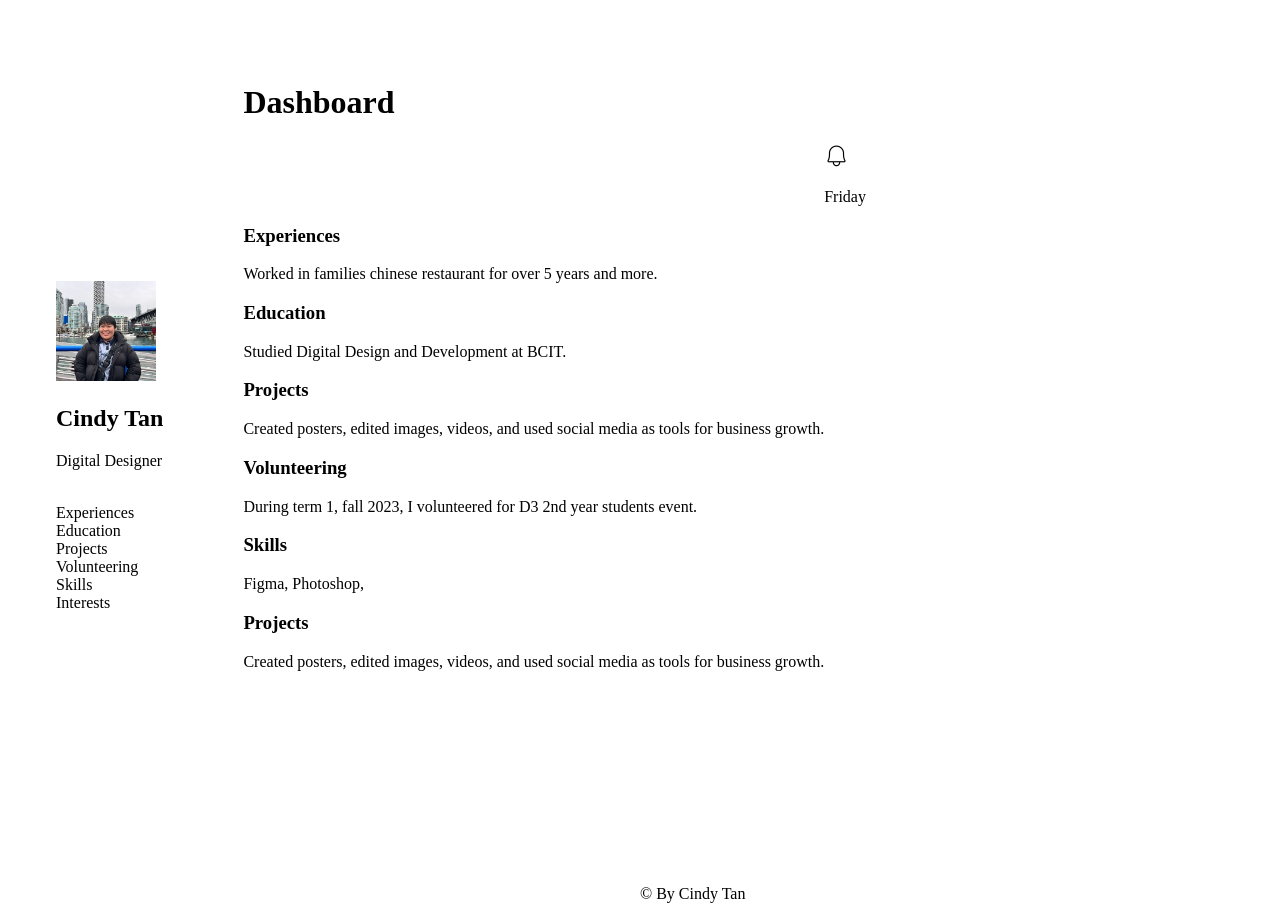
Repository: Cindy-tan/Assessment-_1
Page: /
The author's editor kept a copy of each file at every save. The page is drawn from the files as they stood at one save, then again after the next save.
The browser window is 1280 px wide. The pictures show the whole page.
The project was rebuilt for these pictures with package versions that can differ from the ones it lists, and the page was loaded fresh each time. The framework's server and built-in components were replaced by stand-ins that run in the browser. Also part of the build but not shown: next.config.js, components/Card/Card.module.css, components/SideNavigation/SideNavigation.module.css.

Above is the page before, as saved 2024-01-19 00:12:37.

After the next save:
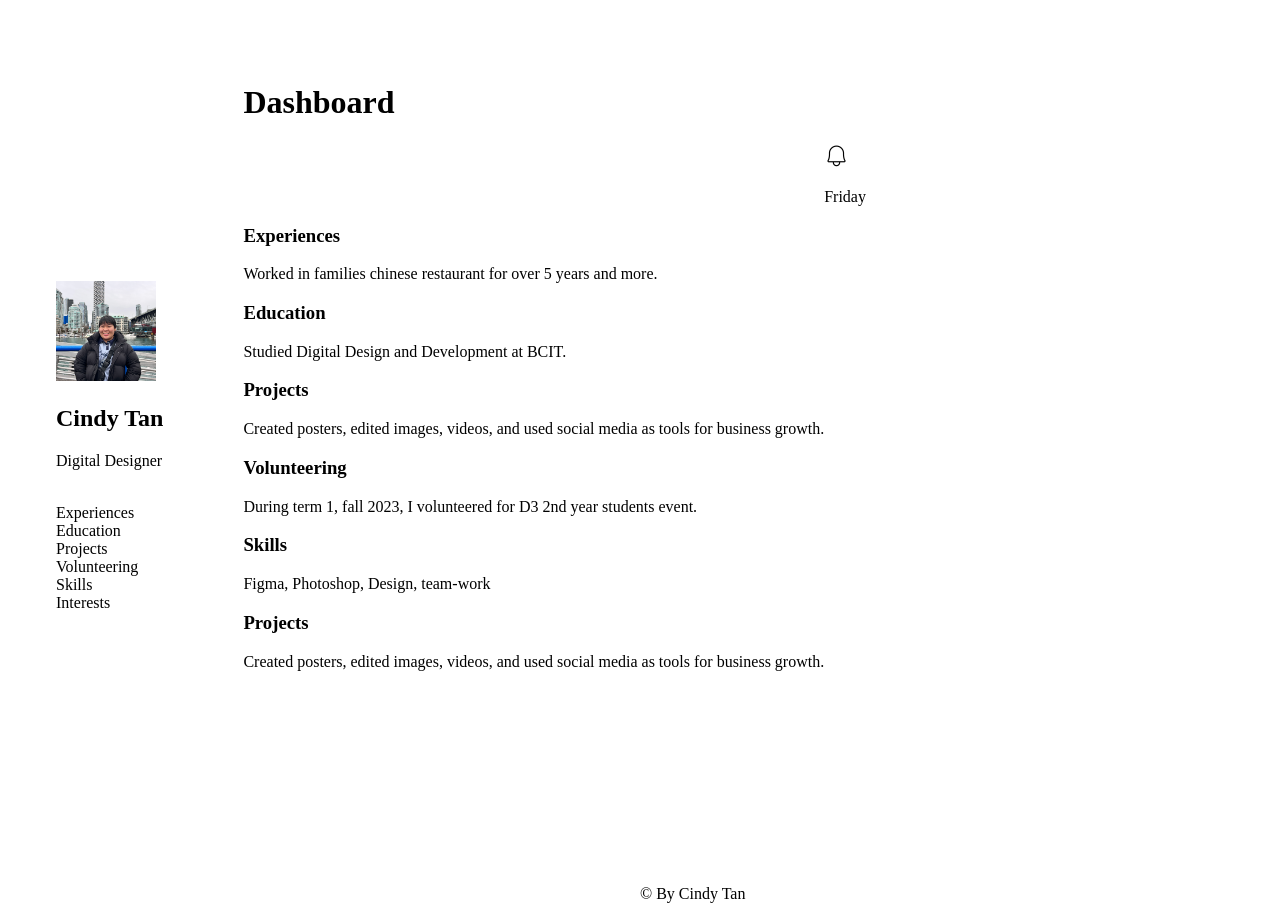
Saved 9 s later.
--- a/pages/index.js
+++ b/pages/index.js
@@ -36,7 +36,7 @@ export default function Home() {
         </div>
         <div className={`${styles.cardRight}`}>
           <Card title='Volunteering' description='During term 1, fall 2023, I volunteered for D3 2nd year students event.'/>
-          <Card title='Skills' description='Figma, Photoshop, '/>
+          <Card title='Skills' description='Figma, Photoshop, Design, team-work'/>
           <Card title='Projects' description='Created posters, edited images, videos, and used social media as tools for business growth.'/>
         </div>
         </div>
